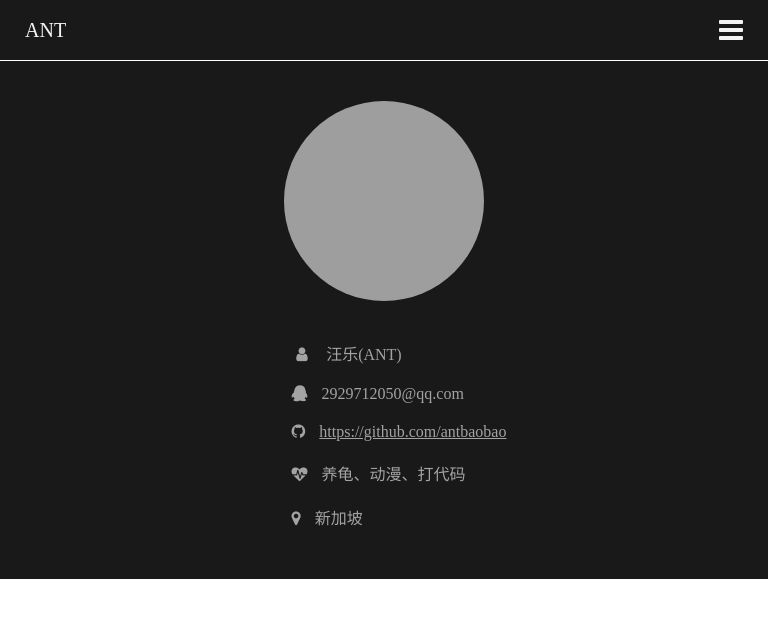
Repository: wl05/AntVueBlogFront
Page: /#/about
The author's editor kept a copy of each file at every save. The page is drawn from the files as they stood at one save, then again after the next save.
The browser window is 768 px wide. The pictures show the whole page.
Pictures or frames that could not be fetched are drawn as grey boxes. The project was rebuilt for these pictures with package versions that can differ from the ones it lists, and the page was loaded fresh each time. Also part of the build but not shown: src/layout/Sider.vue, src/layout/Footer.vue.

Above is the page before, as saved 2018-11-24 13:42:16.

### index.html
<!DOCTYPE html>
<html>

<head>
    <meta charset="utf-8">
    <meta name="viewport" content="width=device-width,initial-scale=1.0">
    <title>Ant blog</title>
    <link rel="stylesheet" type="text/css" href="./static/particles.css">
</head>

<body>
    <div id="app">
        <!-- particles.js container -->
    </div>
    <!-- <div id="particles-js"> -->
    </div>
    <!-- built files will be auto injected -->
</body>
<!--<script src="https://unpkg.com/headroom.js"></script>-->
<script src="https://cdn.jsdelivr.net/npm/particles.js@2.0.0/particles.min.js"></script>
<script>
    // window.onload = function() {
    //     particlesJS('particles-js', {
    //         "particles": {
    //             "number": {
    //                 "value": 160,
    //                 "density": {
    //                     "enable": true,
    //                     "value_area": 800
    //                 }
    //             },
    //             "color": {
    //                 "value": "#222222"
    //             },
    //             "shape": {
    //                 "type": "circle",
    //                 "stroke": {
    //                     "width": 0,
    //                     "color": "#000000"
    //                 },
    //                 "polygon": {
    //                     "nb_sides": 5
    //                 },
    //                 "image": {
    //                     "src": "img/github.svg",
    //                     "width": 100,
    //                     "height": 100
    //                 }
    //             },
    //             "opacity": {
    //                 "value": 1,
    //                 "random": true,
    //                 "anim": {
    //                     "enable": true,
    //                     "speed": 1,
    //                     "opacity_min": 0,
    //                     "sync": false
    //                 }
    //             },
    //             "size": {
    //                 "value": 3,
    //                 "random": true,
    //                 "anim": {
    //                     "enable": false,
    //                     "speed": 4,
    //                     "size_min": 0.3,
    //                     "sync": false
    //                 }
    //             },
    //             "line_linked": {
    //                 "enable": false,
    //                 "distance": 150,
    //                 "color": "#222222",
    //                 "opacity": 0.4,
    //                 "width": 1
    //             },
    //             "move": {
    //                 "enable": true,
    //                 "speed": 1,
    //                 "direction": "none",
    //                 "random": true,
    //                 "straight": false,
    //                 "out_mode": "out",
    //                 "bounce": false,
    //                 "attract": {
    //                     "enable": false,
    //                     "rotateX": 600,
    //                     "rotateY": 600
    //                 }
    //             }
    //         },
    //         "interactivity": {
    //             "detect_on": "canvas",
    //             "events": {
    //                 "onhover": {
    //                     "enable": true,
    //                     "mode": "bubble"
    //                 },
    //                 "onclick": {
    //                     "enable": true,
    //                     "mode": "repulse"
    //                 },
    //                 "resize": true
    //             },
    //             "modes": {
    //                 "grab": {
    //                     "distance": 400,
    //                     "line_linked": {
    //                         "opacity": 1
    //                     }
    //                 },
    //                 "bubble": {
    //                     "distance": 250,
    //                     "size": 0,
    //                     "duration": 2,
    //                     "opacity": 0,
    //                     "speed": 3
    //                 },
    //                 "repulse": {
    //                     "distance": 400,
    //                     "duration": 0.4
    //                 },
    //                 "push": {
    //                     "particles_nb": 4
    //                 },
    //                 "remove": {
    //                     "particles_nb": 2
    //                 }
    //             }
    //         },
    //         "retina_detect": true
    //     })
    // }
</script>

</html>

### src/main.js
// The Vue build version to load with the `import` command
// (runtime-only or standalone) has been set in webpack.base.conf with an alias.
import Vue from 'vue'
import App from './App'
import router from './router'
import store from './store'
import ElementUI from 'element-ui'
import 'element-ui/lib/theme-chalk/index.css'
import 'font-awesome/scss/font-awesome.scss'
import './index.css'
Vue.use(ElementUI)
Vue.config.productionTip = false

/* eslint-disable no-new */
new Vue({
  el: '#app',
  router,
  store,
  components: { App },
  template: '<App/>'
})

### src/App.vue
<template>
    <div id="app">
        <Layout/>
    </div>
</template>

<script>
import Layout from '@/layout'
export default {
  name: 'App',
  components: {
    Layout
  }
}
</script>

<style>
#app {
  /*font-family: 'Avenir', Helvetica, Arial, sans-serif;*/
  /*-webkit-font-smoothing: antialiased;*/
  /*-moz-osx-font-smoothing: grayscale;*/
  /*text-align: center;*/
  /*color: #2c3e50;*/
  /*margin-top: 60px;*/
}
</style>

### src/router/index.js
import Vue from 'vue'
import Router from 'vue-router'

Vue.use(Router)
export default new Router({
  routes: [{
    path: '/',
    name: 'HelloWorld',
    component: () =>
                import('@/views/articles/list')
  },
  {
    path: '/article/detail/:id',
    name: 'Detail',
    component: () =>
                import('@/views/articles/detail')
  },
  {
    path: '/about',
    name: 'AboutMe',
    component: () =>
                import('@/views/about/about')
  },
  {
    path: '/tags',
    name: 'Tags',
    component: () =>
                import('@/views/tags/tags')
  },
  {
    path: '/tags/:id',
    name: 'TagsItem',
    component: () =>
                import('@/views/tags/tagsItem')
  },
  {
    path: '/categories',
    name: 'Categories',
    component: () =>
                import('@/views/categories/categories')
  },
  {
    path: '/categories/:id',
    name: 'CategoryItem',
    component: () =>
                import('@/views/categories/categoryItem')
  },
  {
    path: '/archives',
    name: 'Archives',
    component: () =>
                import('@/views/archives/archives')
  }

  ]
})

### src/store/index.js
import Vue from 'vue'
import Vuex from 'vuex'
import helloWorld from './modules/helloWorld'
import article from './modules/article'
Vue.use(Vuex)

export default new Vuex.Store({
    modules: {
        helloWorld,
        article
    }
})

### src/index.css
* {
    margin: 0;
    padding: 0;
    -webkit-font-smoothing: antialiased;
}

.el-pagination__total {
    color: rgba(255, 255, 255, 0.6);
}

.el-pagination button:disabled {
    background-color: transparent;
    color: rgba(255, 255, 255, 0.2);
}

.el-pagination button:disabled:hover {
    color: rgba(255, 255, 255, 0.2);
}

.el-pagination .btn-next, .el-pagination .btn-prev {
    background: transparent;
    color: rgba(255, 255, 255, 0.6);
}

.el-pagination .btn-next:hover, .el-pagination .btn-prev:hover {
    color: rgba(255, 255, 255, 0.9);;
}

.el-pager li {
    background: transparent;
    color: rgba(255, 255, 255, 0.6);
}

.el-pager li.active {
    color: rgba(255, 255, 255, 0.9);;
}

.el-pager li:hover {
    color: rgba(255, 255, 255, 0.9);;
}

@media screen and (max-width: 768px) {
    .el-dropdown-menu {
        width: 100% !important;
        left: 0 !important;
        border: none;
        background-color: rgba(0, 0, 0, 0.9);
        border-top: 2px solid white;
        top: 47px !important;
        border-top-left-radius: 0;
        border-top-right-radius: 0;
    }



    .el-dropdown-menu__item:focus, .el-dropdown-menu__item:not(.is-disabled):hover {
        color: inherit;
        background-color: rgba(255, 255, 255, 0.9);
    }
    .el-popper .popper__arrow::after{
        content: none;
    }

}

### src/layout/index.vue
<template>
    <div class="container" ref="particles">
        <el-container>
            <el-header id="header">
                <Header/>
            </el-header>
            <el-container ref="el-container" class="content-el-container">
                <el-main>
                    <div class="content-container">
                        <router-view/>
                    </div>
                </el-main>
                <!--<el-footer>-->
                <!--<Footer/>-->
                <!--</el-footer>-->
            </el-container>
        </el-container>
    </div>

</template>

<script>
import Header from './Header.vue'
import Sider from './Sider.vue'
import Footer from './Footer.vue'

export default {
  name: 'Layout',
  data () {
    return {
      headroom: null
    }
  },
  methods: {},

  components: {
    Header,
    Sider,
    Footer
  },
  mounted () {

  },
  beforeDestroy () {

  }
}
</script>
<style lang="scss" scoped rel="stylesheet/scss">
    .el-header {
        padding: 0;
        background: rgba(0, 0, 0, 0.9);
        width: 100%;
        position: fixed;
        z-index: 10000;
        color: rgba(0, 0, 0, 1);
        height: auto;

    }

    .container {
        /*background: url("../assets/background.jpg") no-repeat;*/
        // background-size: 100% 100%;
        // height: 100vh;
        // overflow: scroll
    }

    .content-container {
        margin: 0 auto;
    }

    .el-main {
        padding: 0;
    }

    .el-footer {
        background: rgba(0, 0, 0, 0.9);
    }

    .content-el-container {
        // margin-top: 45px;
    }

    @media screen and (max-width: 768px) {
        .content-el-container {
            margin-top: 31px;
        }
    }
</style>

### src/views/about/about.vue
<template lang="html">
    <div class="about-container-wrap">
        <div class="about-container">
            <img
                class="about-item avatar"
                width="200"
                height="200"
                :src="avatarUrl"
            />
            <div class="about-item-container">
                <p class="about-item">
                    <span class="icon fa fa-fw fa-user"></span> 汪乐(ANT)
                </p>

                <p class="about-item">
                    <span class="icon fa fa-qq"></span> 2929712050@qq.com
                </p>
                <p class="about-item">
                    <span class="icon fa fa-github"></span> <a class="github-url" href="https://github.com/antbaobao">
                    https://github.com/antbaobao</a>
                </p>
                <p class="about-item">
                    <span class="icon fa fa-heartbeat"></span> 养龟、动漫、打代码
                </p>
                <p class="about-item">
                    <span class="icon fa fa-map-marker"></span> 新加坡
                </p>
            </div>

        </div>
    </div>

</template>

<script>
import avatarUrl from '@/assets/about.jpeg'

export default {
  components: {},
  data () {
    return {
      avatarUrl
    }
  },
  computed: {},
  mounted () {
  },
  methods: {}
}
</script>
<style rel="stylesheet/scss" lang="scss" scoped>
    .about-container-wrap {
        width: 100%;
        color: rgba(255, 255, 255, 0.6);
        .about-container {
            margin: 30px auto 0;
            background: rgba(0, 0, 0, 0.9);
            padding: 40px;
            border-radius: 5px;
            display: flex;
            flex-direction: row;
            max-width: 800px;
            justify-content: space-around;
            .about-item-container {
                display: flex;
                flex-direction: column;
                align-items: flex-start;
                padding-left: 30px;
                .about-item {
                    padding: 10px;
                    .icon {
                        margin-right: 10px;
                    }
                    .github-url {
                        color: rgba(255, 255, 255, 0.6);
                    }
                }
            }

            .avatar {
                border-radius: 100%;
            }
        }
    }

    @media screen and (max-width: 768px) {
        .about-container-wrap {
            .about-container {
                flex-direction: column;
                align-items: center;
                padding: 40px 10px;
                border-radius: 0;
                .about-item-container {
                    margin-top: 30px;
                }
            }
        }
    }
</style>

### src/store/modules/helloWorld.js
import * as types from '../types'

/**
 * App通用配置
 */
const state = {
    data: 'hello world',
    count1: 1,
    count2: 2
}

const actions = {
    // setLoadingState({commit}, status) {
    //     commit(types.COM_LOADING_STATUS, status)
    // },

}

const getters = {
    count: state => state.count1 + state.count2
        // showToast : state => state.showToast,
        // showAlert : state => state.showAlert
}
const mutations = {
    [types.HELLO_WORLD](state, status) {
        state.loading = status
    }
}
export default {
    state,
    actions,
    getters,
    mutations
}

### src/store/modules/article.js
import { fetchArticle } from '@/api/article'

const article = {
    namespaced: true,
    state: {
        // articleList: null,
        // count: 0
    },
    mutations: {
        // SET_ARTICLE_LIST: (state, articleList) => {
        //     state.articleList = articleList
        // },
        // SET_COUNT: (state, count) => {
        //     state.count = count
        // }
    },
    actions: {
        // // 获取用户信息
        // FetchArticle({ commit, state }, condition) {
        //     console.log(condition)
        //     return new Promise((resolve, reject) => {
        //         fetchArticle(condition).then(response => {
        //             const data = response.data
        //             if (data.code) {
        //                 reject(response)
        //             } else {
        //                 commit('SET_ARTICLE_LIST', data.data.article)
        //                 commit('SET_COUNT', data.data.count)
        //                 resolve(response)
        //             }
        //         }).catch(error => {
        //             reject(error)
        //         })
        //     })
        // }
    }
}

export default article

### src/layout/Header.vue
<template>
    <div class="header-container-wrap">
        <header class="header-container">
            <a
                class="blog-title-container"
                @click="$router.push('/')"
            >
                <span class="blog-title">
                    ANT
                    <!--<img class="logo-img" :src="logoImgUrl"/>-->
                </span>
            </a>

            <a class="native-bar">
                <el-dropdown trigger="click">
                    <span class="fa fa-bars"></span>
                    <el-dropdown-menu slot="dropdown">
                        <el-dropdown-item>
                            <a
                                @click="$router.push({path:'/categories'})"
                                class="menu-item-text"
                            >
                                <span class="fa fa-fw fa-th"></span>
                                分类
                            </a>
                        </el-dropdown-item>
                        <el-dropdown-item>
                            <a @click="$router.push({path:'/archives'})" class="menu-item-text">
                                <span class="fa fa-fw fa-archive"></span>
                                归档
                            </a>
                        </el-dropdown-item>
                        <el-dropdown-item>
                            <a @click="$router.push({path:'/tags'})" class="menu-item-text">
                                <span class="fa fa-fw fa-tags"></span>
                                标签
                            </a>
                        </el-dropdown-item>
                        <el-dropdown-item>
                            <a @click="$router.push({path:'/about'})" class="menu-item-text">
                                <span class="fa fa-fw fa-user"></span>
                                关于我
                            </a>
                        </el-dropdown-item>
                    </el-dropdown-menu>
                </el-dropdown>
            </a>

            <div class="menu-container">
                <el-menu
                    class="el-menu-demo"
                    mode="horizontal"
                    :default-active="index"
                    @select="handleSelect"

                >
                    <el-menu-item index="/categories">
                        <a class="menu-item-text">
                            <span class="fa fa-fw fa-th"></span>
                            分类
                        </a>
                    </el-menu-item>
                    <el-menu-item index="/archives">
                        <a class="menu-item-text">
                            <span class="fa fa-fw fa-archive"></span>
                            归档
                        </a>
                    </el-menu-item>
                    <el-menu-item index="/tags">
                        <a class="menu-item-text">
                            <span class="fa fa-fw fa-tags"></span>
                            标签
                        </a>
                    </el-menu-item>
                    <el-menu-item index="/about">
                        <a class="menu-item-text">
                            <span class="fa fa-fw fa-user"></span>
                            关于我
                        </a>
                    </el-menu-item>
                </el-menu>
            </div>
        </header>
    </div>

</template>

<script>
import logoImgUrl from '@/assets/logo.png'

export default {
  name: 'Header',
  data () {
    return {
      tabPosition: 'top',
      logoImgUrl,
      index: {...this.$router.history.current}.path
    }
  },
  mounted () {
    // console.log('this.$router.history', this.$router.history, '\n')
    console.log('this.$router.history.current.path', this.$router.history.current)
  },
  computed: {},
  methods: {
    handleSelect (key, keyPath) {
      this.$router.push({path: key})
    }
  }
}
</script>
<style lang="scss" scoped rel="stylesheet/scss">
    .header-container-wrap {
        .header-container {
            display: flex;
            max-width: 900px;
            margin: 0 auto;
            flex-direction: row;
            align-items: center;
            justify-content: space-between;
            height: 60px;
            .menu-item-text {
                text-decoration: none;
            }
            .blog-title-container {
                color: rgba(255, 255, 255, 0.95);
                cursor: pointer;
                font-size: 20px;
                .logo-img {
                    width: 131px;
                    height: 57px;
                }
            }
            .blog-title-container:hover {
                color: rgba(255, 255, 255, 0.6);
            }
            .native-bar {
                display: none;

            }
            .native-bar:hover {
                cursor: pointer;
            }
            .el-menu::after {
                content: none;
            }
            .el-menu-item {
                background-color: rgba(0, 0, 0, 0.9);
            }
            .el-menu-item:hover {
                color: rgba(255, 255, 255, 0.95);
            }
            .el-menu--horizontal > .el-menu-item.is-active {
                color: rgba(255, 255, 255, 0.95);
                border-bottom: none;
            }
            .el-menu--horizontal > .el-menu-item {
                height: auto;
                line-height: inherit;
                border-bottom: 0;
                background-color: transparent;
            }
            .el-menu.el-menu--horizontal {
                border-bottom: none;
            }
            .header-container-wrap .header-container {
                background-color: transparent;
            }

        }

        @media screen and (max-width: 768px) {
            .header-container {
                /*flex-direction: column;*/
                /*justify-content: space-between;*/
                padding: 0 25px;
                .native-bar {
                    display: block;

                }
                .fa-bars {
                    color: rgba(255, 255, 255, 0.95);
                    font-size: 28px;
                }
                .menu-container {
                    display: none;
                }

            }

        }
    }

</style>

### src/api/article.js
import _request from '@/utils/request'

export function fetchArticle (params) {
	return _request.get('/articles', params)
}

export function getArticleDetail (id) {
	return _request.get(`/articles/${id}`)
}

export function getArticlesByTag (id) {
	return _request.get(`/articles/tags/${id}`)
}

export function getArticlesByCategory (id) {
	return _request.get(`/articles/category/${id}`)
}

### src/store/types.js
export const HELLO_WORLD = 'HELLO_WORLD'

### src/utils/request.js
import axios from 'axios'
import queryString from 'query-string'
// import { getToken } from './auth'

axios.defaults.timeout = 6000

const HTTP_HEADER = {
    'Content-Type': 'application/json'
}

class _request {
    async get(url, params) {
        url = params ? `${url}?${queryString.stringify(params)}` : `${url}`

        let config = {
            url: `${process.env.GATEWAY}${url}`,
            method: 'get',
            headers: {...HTTP_HEADER }
        }
        // if (getToken()) {
        //     config.headers['authorization'] = `Bearer ${getToken()}`
        // }
        const result = await axios(config)
        return result
    }

    async post(url, params) {
        let config = {
            method: 'post',
            url: process.env.GATEWAY + url,
            headers: HTTP_HEADER,
            data: JSON.stringify(params)
        }

        // if (getToken()) {
        //     config.headers['authorization'] = `Bearer ${getToken()}`
        // }

        const result = await axios(config)
        return result
    }

    async put(url, params) {
        let config = {
            method: 'put',
            url: process.env.GATEWAY + url,
            headers: HTTP_HEADER,
            data: JSON.stringify(params)
        }

        // if (getToken()) {
        //     config.headers['authorization'] = `Bearer ${getToken()}`
        // }

        const result = await axios(config)
        return result
    }

    async delete(url, params) {
        let config = {
            method: 'delete',
            url: process.env.GATEWAY + url,
            headers: HTTP_HEADER,
            data: JSON.stringify(params)
        }

        // if (getToken()) {
        //     config.headers['authorization'] = `Bearer ${getToken()}`
        // }

        const result = await axios(config)
        return result
    }

    async upload(url, formData, progressEvent, successEvent, failEvent) {
        let config = {
            method: 'post',
            url: process.env.GATEWAY + url,
            headers: HTTP_HEADER,
            data: JSON.stringify(params)
        }
				//
        // if (getToken()) {
        //     config.headers['authorization'] = `Bearer ${getToken()}`
        // }
        let result = await axios({
            method: 'post',
            url: url,
            headers: process.env.HTTP_HEADER,
            data: formData,
            withCredentials: true,
            axiosConfig
        })

        return result
    }
}

const request = new _request()
export default request

### static/particles.css
canvas {
    display: block;
    vertical-align: bottom;
    /*position: absolute;*/
    /*top: 0;*/
    /*z-index: -2;*/
}


/* ---- particles.js container ---- */

#particles-js {
    position: absolute;
    width: 100%;
    height: 100%;
    /*background-color: #dddddd;*/
    /* background-image: url("./background.jpg"); */
    /* background-repeat: no-repeat; */
    /* background-size: cover; */
    /* background-position: 50% 50%; */
    top: 0;
    z-index: -1;
    overflow: scroll;
}

After the next save:
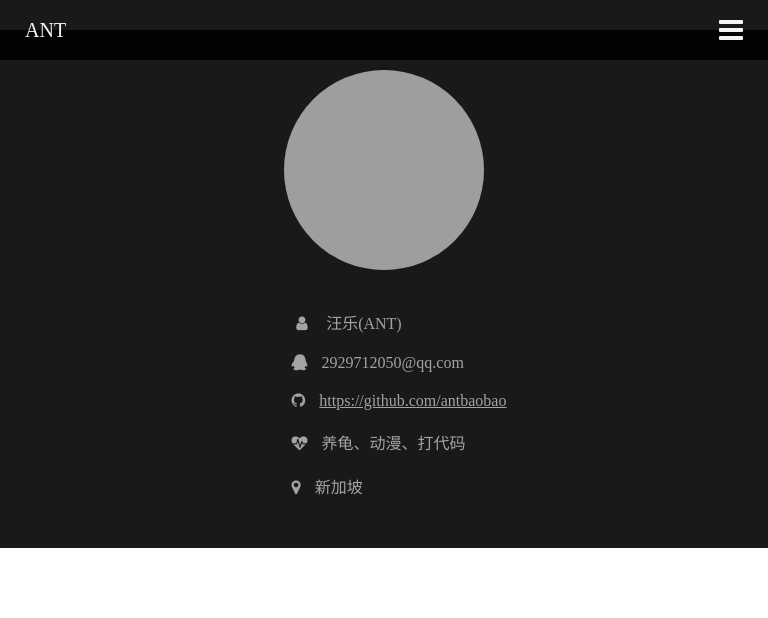
Saved 5 s later.
--- a/src/layout/index.vue
+++ b/src/layout/index.vue
@@ -83,7 +83,7 @@ export default {
 
     @media screen and (max-width: 768px) {
         .content-el-container {
-            margin-top: 31px;
+            // margin-top: 31px;
         }
     }
 </style>
